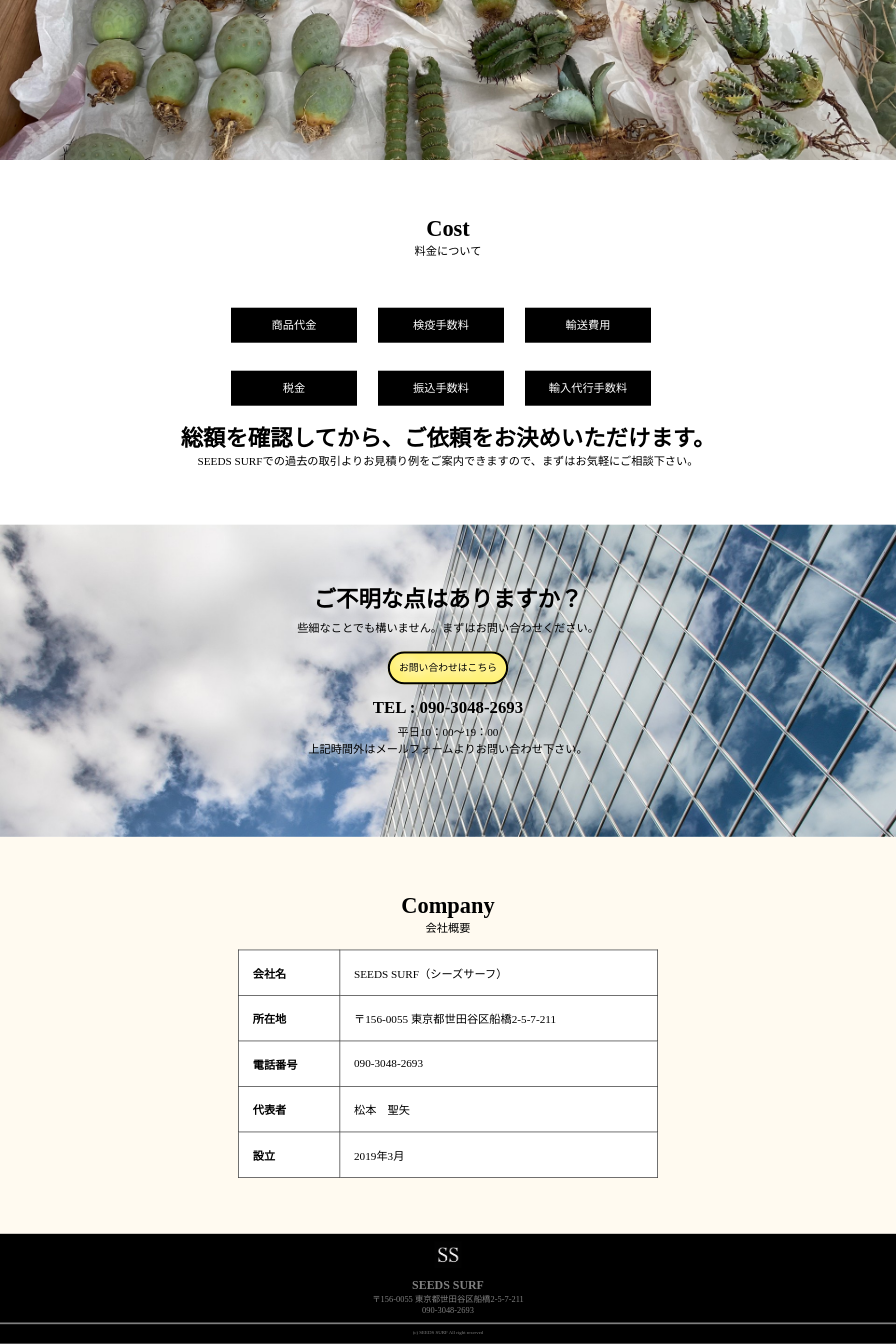
Repository: Seiya00002/seeds-surf-lp
Page: index.html
The author's editor kept a copy of each file at every save. The page is drawn from the files as they stood at one save, then again after the next save.
The browser window is 1280 px wide. The pictures show the part of the page from y = 2221 to 4141 px (the page is 4141 px tall), at 70% of full size.

Above is the page before, as saved 2023-07-16 08:31:38.

### index.html
<!DOCTYPE html>
<html lang="ja">
<head>
    <meta charset="UTF-8">
    <meta http-equiv="X-UA-Compatible" content="IE=edge">
    <meta name="viewport" content="width=device-width, initial-scale=1.0">
    <title>輸入代行SEEDS SURF</title>
    <link rel="stylesheet" href="css/style.css">
</head>
<body>
    <header>
        <div class="header_left">
            <img src="img/sslogo.jpg"
                alt="logo"
                width="40"
                height="40"
                class="logo">
            <h1>希少植物・輸入代行</h1>

        </div>
        <div class="header_right">
            <img src="img/tel_logo.png"
                alt="tel_logo"
                width="35"
                height="35"
                class="tel_logo">
            <div class="header_contact">
                <h2>090-3048-2693</h2>
                <p>（平日9:00 ~ 18:00）</p>
            </div>
        </div>
    </header>

    <main>
        <div class="top_wrapper">
            <div class="container">
                <div class="hero_message">
                    <div class="calculation-app">
                        <h2>お見積り計算シュミレーション</h2>

                            <p>仕入れ先の地域を選択して下さい。</p>
                            <form name="form1">
                                <select name="place">
                                    <option value="1.2">北米</option>
                                    <option value="1.2">ヨーロッパ</option>
                                    <option value="1">アジア</option>
                                </select>
                            </form>

                            <p>箱のサイズの予想を選択して下さい。</p>
                            <form name="form2">
                                <select name="box">
                                    <option value="18350">15kg</option>
                                    <option value="13350">10kg</option>
                                    <option value="8150">5kg</option>
                                </select>
                            </form>
                            <p>およその商品代金を入力して下さい。</p>
                            <label>￥</label><input
                            type="text"
                            id="price"
                            value=""
                            placeholder="200,000"
                            maxlength="7"
                            size="10"
                            ></label>

                            <br>
                            <br>
                            <div class="btn-box">
                                <button id="button">計算Go!!</button>
                            </div>
                    </div>
                </div>
            </div>
        </div>


        <!-- 見積り表 -->
    <div id="estimate_table" class="estimate_wrapper">
        <div class="container">
            <h2>予想お見積り表</h2>
            <table align="center" class="estimate">
                <tr>
                    <th>商品代金</th>
                    <td>¥<span id="span2"></span></td>
                </tr>
                <tr>
                    <th>検疫手数料</th>
                    <td>¥<span id="span3"></span></td>
                </tr>
                <tr>
                    <th>送料</th>
                    <td>¥<span id="span4"></span></td>
                </tr>
                <tr>
                    <th>弊社代行手数料</th>
                    <td>¥<span id="span5"></span></td>
                </tr>
                <tr>
                    <th>海外送金手数料</th>
                    <td>¥<span id="span6"></span></td>
                </tr>
                <tr>
                    <th>税金</th>
                    <td>¥<span id="span7"></span></td>
                </tr>
                <tr>
                  <th>合計</th>
                  <th>¥<span id="span1"></span></th>
              </tr>
            </table>
            <h3>詳しくは下記の「Cost」欄をご覧下さい。</h3>
        </div>
    </div>






        <div class="top_message">
            <div class="container">
                <div class="message">
                    <h1>SEEDS SURFの輸入代行の強み</h1>
                    <p>観葉植物など検疫やワシントン条約に関わる特殊な商品の輸入代行が得意です。<br>業者様から個人事業者様、個人様の輸入、どなたもご相談下さい。<br>現地企業との交渉から購買代行全てご対応いたします。</p>

                </div>
            </div>
        </div>
        <div class="project_wrapper">
            <div class="container">
                <div class="projects">
                    <div class="project">
                        <div class="project_icon">
                            <img src="img/project_imag1.jpg">
                            <h2>「迅速・柔軟サービス」</h2>
                        </div>
                        <p class="text_contents">フットワークの軽いスタッフが、柔軟にお客様のご要望にご対応いたします。大規模な商社では実現出来ないサービスをご提供いたします。</p>

                    </div>
                    <div class="project">
                        <div class="project_icon">
                            <img src="img/pro_airport.jpg">
                            <h2>「全世界対応」</h2>
                        </div>
                        <p class="text_contents">アジアから、欧州、北米を始めとし、その他オセアニア、南米、アフリカ地域と全地域ご対応出来ます。</p>

                    </div>
                    <div class="project">
                        <div class="project_icon">
                            <img src="img/project_img3.jpg">
                            <h2>「現地企業のご紹介サービス」</h2>
                        </div>
                        <p class="text_contents">私たちは信頼出来る良質な業者様とお付き合いがございます。そちらのご紹介も行っております。</p>
                    </div>
                        <div class="clear"></div>

                </div>
            </div>
        </div>
        <div class="service_wrapper">
            <div class="container">
                <div class="service_heading">
                    <h1>Frow</h1>
                    <p>輸入取引の流れ</p>
                </div>
                <div class="step">
                    <img src="img/person_img.png"
                    class="step_icon">
                    <div class="step_cont">
                        <h2>Step 1</h2>
                        <p>現地企業交渉</p>
                    </div>
                </div>
                <img src="img/down_img.png" class="step_icon2">

                <div class="step">
                    <img src="img/cal_img.png"
                    class="step_icon">
                    <div class="step_cont">
                        <h2>Step 2</h2>
                        <p>お見積り</p>
                    </div>
                </div>
                <img src="img/down_img.png" class="step_icon2">

                <div class="step">
                    <img src="img/bank_img.png"
                    class="step_icon">
                    <div class="step_cont">
                        <h2>Step 3</h2>
                        <p>お支払い</p>
                    </div>
                </div>
                <img src="img/down_img.png" class="step_icon2">
                <div class="step">
                    <img src="img/airp_imag.png"
                    class="step_icon">
                    <div class="step_cont">
                        <h2>Step 4</h2>
                        <p>発送</p>
                    </div>
                </div>
                <img src="img/down_img.png" class="step_icon2">
                <div class="step">
                    <img src="img/drivery_img.png"
                    class="step_icon">
                    <div class="step_cont">
                        <h2>Step 5</h2>
                        <p>お受取り</p>
                    </div>
                </div>
            </div>
        </div>

        <div class="slide_wrapper">
            <div id="slide" class="slideshow">
                <p class="disc">SEEDS SURF</p>
                <a class="arrow next" id="right" href="#"></a>
                <a class="arrow back" id="left" href="#"></a>
            </div>




        </div>
        <div class="cost_wrapper">
            <div class="container">
                <div class="cost_heading">
                    <h1>Cost</h1>
                    <p>料金について</p>
                </div>
                <div class="cost_cont">
                    <div class="list01">
                        <p>商品代金</p>
                    </div>
                    <div class="list01">
                        <p>検疫手数料</p>
                    </div>
                    <div class="list01">
                        <p>輸送費用</p>
                    </div>
                    <div class="list02">
                        <p>税金</p>
                    </div>
                    <div class="list02">
                        <p>振込手数料</p>
                    </div>
                    <div class="list02">
                        <p>輸入代行手数料</p>
                    </div>
                    <!-- <div class="clear"></div> -->
                </div>
                <div class="cost_message">
                    <h1>総額を確認してから、ご依頼をお決めいただけます。</h1>
                    <p>SEEDS SURFでの過去の取引よりお見積り例をご案内できますので、まずはお気軽にご相談下さい。</p>
                </div>
            </div>
        </div>
        <div class="contact_wrapper">
            <div class="container">
                <h1>ご不明な点はありますか？</h1>
                <p>些細なことでも構いません。まずはお問い合わせください。</p>
                <a href="https://seeds-surf.com/%e3%81%8a%e5%95%8f%e3%81%84%e5%90%88%e3%82%8f%e3%81%9b/" class="btn contact">お問い合わせはこちら</a>
                <h2>TEL : 090-3048-2693</h2>
                <p>平日10：00〜19：00<br>上記時間外はメールフォームよりお問い合わせ下さい。</p>
            </div>
        </div>
        <div class="company_wrapper">
            <div class="container">
                <h1>Company</h1>
                <p>会社概要</p>
                <table align="center" class="company">
                    <tr>
                        <th>会社名</th>
                        <td>SEEDS SURF（シーズサーフ）</td>
                    </tr>
                    <tr>
                        <th>所在地</th>
                        <td>〒156-0055 東京都世田谷区船橋2-5-7-211</td>
                    </tr>
                    <tr>
                        <th>電話番号</th>
                        <td>090-3048-2693</td>
                    </tr>
                    <tr>
                        <th>代表者</th>
                        <td>松本　聖矢</td>
                    </tr>
                    <tr>
                        <th>設立</th>
                        <td>2019年3月</td>
                    </tr>
                </table>
            </div>
        </div>


    </main>

    <footer>
        <div class="container">
                <img src="img/sslogo.jpg"
                    alt="logo"
                    width="40"
                    height="40"
                    class="logo">
                <h1>SEEDS SURF</h1>
                <p>〒156-0055 東京都世田谷区船橋2-5-7-211<br>090-3048-2693</p>
                <hr color="gray">
                <small>(c) SEEDS SURF All right reserved</small>
        </div>
    </footer>

    <script src="./app.js"></script>
</body>
</html>

### css/style.css
/* all */
*{
    box-sizing: border-box;
    margin: 0;
    padding: 0;
}

h1 {
    font-family: 'Times New Roman', Times, serif;

}

h2 ,h3 ,p {
    font-family: 'Hiragino Sans';

}
/* header */

header {
    height: 70px;
    display: flex;
    align-items: center;

}

.header_left {
    display: flex;
}

.header_right {
    display: flex;
    margin: 0 0 0 auto;
}

.logo {
    margin: 10px 10px;
}

.tel_logo {
    margin: 20px 10px;
}

header h1 {
    font-size: 19px;
    padding: 18px 10px;
}

header h2 {
    font-size: 21px;
    padding: 15px 10px 0 0;
}

header p {
    padding-bottom: 10px;
}
.container {
    text-align: center;
    width: 100%;
}

/* main */

/* top */
.top_wrapper {
    background-image: url(../img/top_img.jpeg);
    color: white;
    background-size: cover;
    width: 100%;
    height: auto;
}

.hero_message {
    font-size: 15px;
    color: black;
    height: 500px;
    min-width:100%;
    font-weight: bold;
    display: flex;
    justify-content: center;
    align-items: center;
    line-height: 2.5em;
    background: rgb(255, 255, 255,0.4);
}

.top_message {
    background-color: black;
    color: white;
    padding: 30px 0;
}

.top_message p {
    padding-top: 20px;
    font-size: 17px;
    line-height: 1.6rem;
}

/* project_wrapper */
.project_wrapper {
    margin-bottom: 80px;
}

.project {
    float: left;
    width: 33%;
    padding: 20px 10px 20px 10px;
    height: 300px;

}

.project_icon {
    position: relative;

}

.project_icon h2 {
    position: absolute;
    top: 80px;
    width: 100%;
    color: white;
    font-weight: normal;

}


@media (max-width: 1000px) {
    .project {
        width: 50%;
    }
}

@media (max-width: 670px) {
    .project {
        width: 100%;
    }
}

.clear {
    clear: left;
}

/* service_wrapper */
.service_wrapper {
    background-color: #fffaf0;
    padding: 80px 0;
}

.service_heading {
padding-bottom: 50px;
}

.step {
    display: flex;
    justify-content: center;
    align-items: center;
    padding: 20px 0;

}

.step_cont {
    padding-left: 50px;
}

.step_icon {
    width: 70px;
    height: 70px;

}

.step_icon2 {
    width: 15px;
    height: 15px;

}

.step h2 {
    font-size: 14px;
}

.step p {
    font-size: 20px;
    padding-top: 13px;
}

/* cost_wrapper */
.cost_wrapper {
    padding: 80px 0;
}

.cost_cont {
    padding-top: 50px;
    width: 650px;
    margin: 0 auto;
    flex-wrap: wrap;
    display: flex;

}


.list01 {
    background-color: black;
    width: 180px;
    height: 50px;
    color: white;
    margin: 20px 15px;
    justify-content: center;
    padding-top: 12px;

}

.list02 {
    background-color: black;
    width: 180px;
    height: 50px;
    color: white;
    margin: 20px 15px;
    justify-content: center;
    padding-top: 12px;


}

@media (max-width: 670px) {
    .cost_cont h2 {
        width: 50%;
    }
}

/* contact_wrapper */
.contact_wrapper {
    background-image: url(../img/sky&office_img.jpeg);
    padding: 80px 0;
    background-size: cover;
    text-shadow: 6px 6px 10px white, -6px -6px 10px white;
}

.contact_wrapper.container {
    background: rgb(255, 255, 255);

}

.contact_wrapper p {
    padding:8px 0 35px 0;
}

.btn {
    width: 180px;
    height: 35px;
    padding: 13px;
    font-size: 14px;
    color: black;
    background-color:#fff176;
    border: black solid;
    border-radius: 24px;
    user-select: none;
    cursor: pointer;
    text-decoration: none;
}

.btn:hover {
    opacity: .7;
}

.contact_wrapper h2 {
    padding-top: 35px;
}

/* company_wrapper */
.company_wrapper {
    padding: 80px 0;
    background-color: #fffaf0;

}

.company_wrapper p {
    padding-bottom: 20px;
}

table.company {
    border-collapse: collapse;
    width: 600px;
    background-color: white;
    margin: auto;
}

th, td {
    border: solid 1px #333;
    padding: 20px;
}

.company th,td {
    text-align: left;
}


/* footer */

footer {
    background-color: black;
    color: gray;
    padding-bottom: 10px;

}

footer h1 {
    font-size: 17px;
}

footer p {
    font-size: 12px;
    padding-bottom: 10px;
}
small {
    font-size: 7px;

}


/* slideshow 追加 */
.slide_wrapper{
    max-width: 100%;
    height: 400px;
    margin: auto;

}
/*画像配置*/
.slideshow{
    max-width: 100%;
    height: 100%;
    background-image: url(../img/import-img1.jpg);
    background-repeat: no-repeat;
    background-size: cover;
    background-position: 0% 50%;/*左 中央のよせ*/
}
/*文字*/
.disc{
    margin: auto;
    text-align: center;
    font-size: 3em;
    color: #ffffff;
    font-weight: 800;
    padding-top:5%;
}
/*>*/
.next{
    float: right;
    top: 0px;
    right: 50px;
}
/*<*/
.back{
    float: left;
    bottom: 0px;
    left: 30px;
}
/*矢印のデザイン*/
.arrow{
    position: relative;
    display: inline-block;
    padding: 0 0 0 16px;
    color: #000;
    vertical-align: middle;
    text-decoration: none;
    font-size: 15px;
}
.arrow::before,
.arrow::after{
    position: absolute;
    top: 0;
    bottom: 0;
    left: 0;
    margin: auto;
    content: "";
    vertical-align: middle;
}

.next::before{
    left: 0px;
    width: 30px;
    height: 30px;
    border-top: 5px solid rgb(255, 255, 255);
    border-right: 5px solid rgb(255, 255, 255);
    -webkit-transform: rotate(45deg);
    transform: rotate(45deg);
}
.back::before{
    left: 0px;
    width: 30px;
    height: 30px;
    border-bottom: 5px solid rgb(255, 255, 255);
    border-left: 5px solid rgb(255, 255, 255);
    -webkit-transform: rotate(45deg);
    transform: rotate(45deg);
}
/* CSSアニメーションの指定 */
.slideshow{
    transition: background-image 1s ease-in;
}

/* 計算シュミレーション追加 */
.btn-box button {
    width: 180px;
    height: 35px;
    padding: 6px;
    font-size: 14px;
    color: black;
    background-color:#fff176;
    border: black solid;
    border-radius: 24px;
    user-select: none;
    cursor: pointer;
  }

  .btn-box button:hover {
    opacity: .7;
  }


/* 見積り表追加 */
.estimate_wrapper {
    display: none;
    background-color: #fffaf0;
    padding: 40px 0;
}

table.estimate {
    border-collapse: collapse;
    width: 450px;
    background-color: white;
    margin: auto;
}

.estimate th{
    padding: 15px 20px;
    text-align: center;
}

.estimate td{
    text-align: center;
}

.estimate_wrapper.appear {
    display: block;
    animation: .5s fadeIn;
  }

  @keyframes fadeIn {
    0% {
      opacity: 0;
      transform: translateY(-10px);
    }
    100% {
      opacity: 1;
      transform: none;
    }
  }




@media screen and (max-width:768px) {
  .slide-pic{
    height: 250px;
  }
    .disc{
        padding-top:5%;
    }
    /*>*/
    .next{
        top: 30px;
    }
    /*<*/
    .back{
        top: 30px;
    }
}

Loaded but not shown: app.js (117 lines, source omitted)

After the next save:
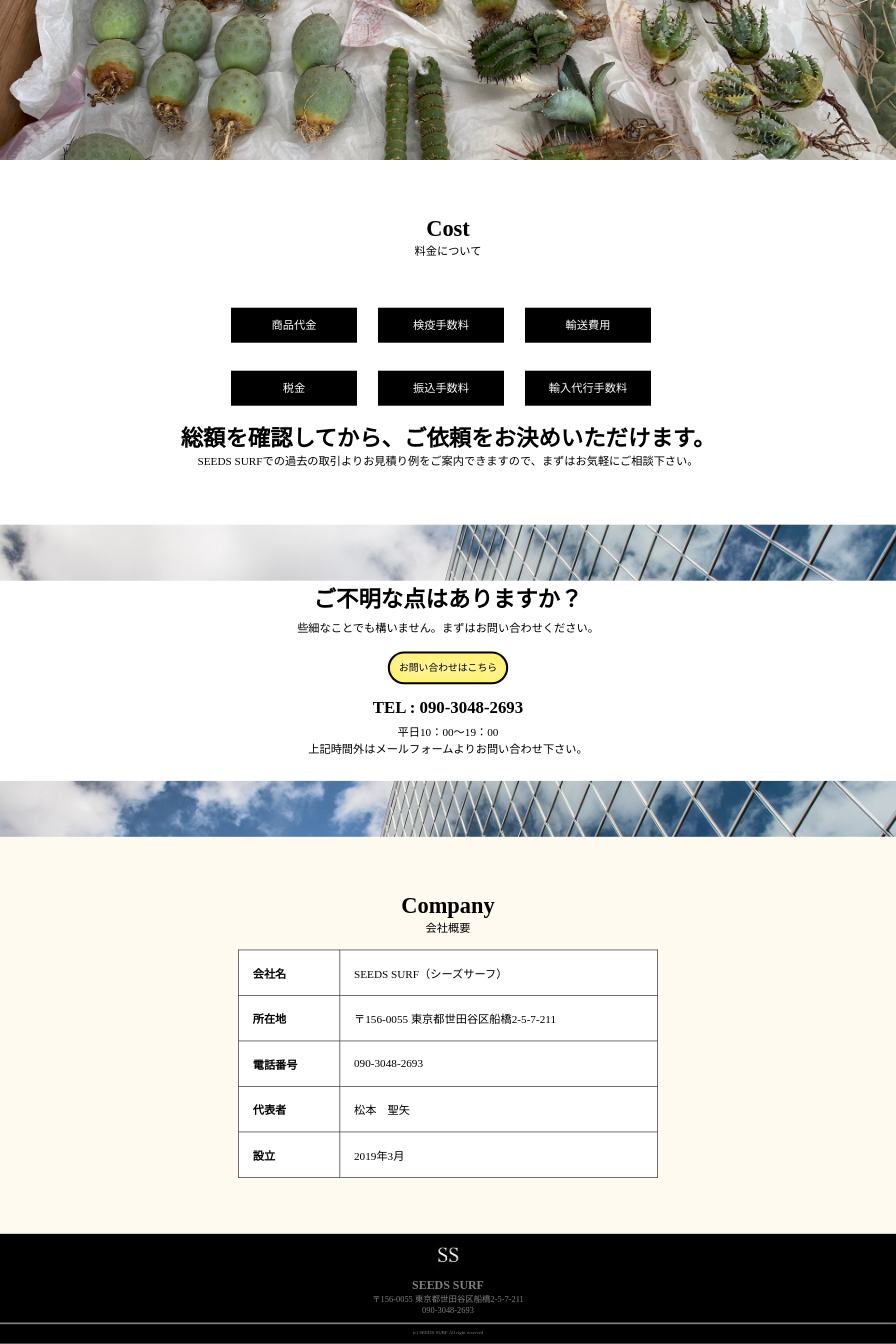
Saved 7 s later.
--- a/css/style.css
+++ b/css/style.css
@@ -233,7 +233,7 @@
     text-shadow: 6px 6px 10px white, -6px -6px 10px white;
 }
 
-.contact_wrapper.container {
+.contact_wrapper .container {
     background: rgb(255, 255, 255);
 
 }

After the save that followed:
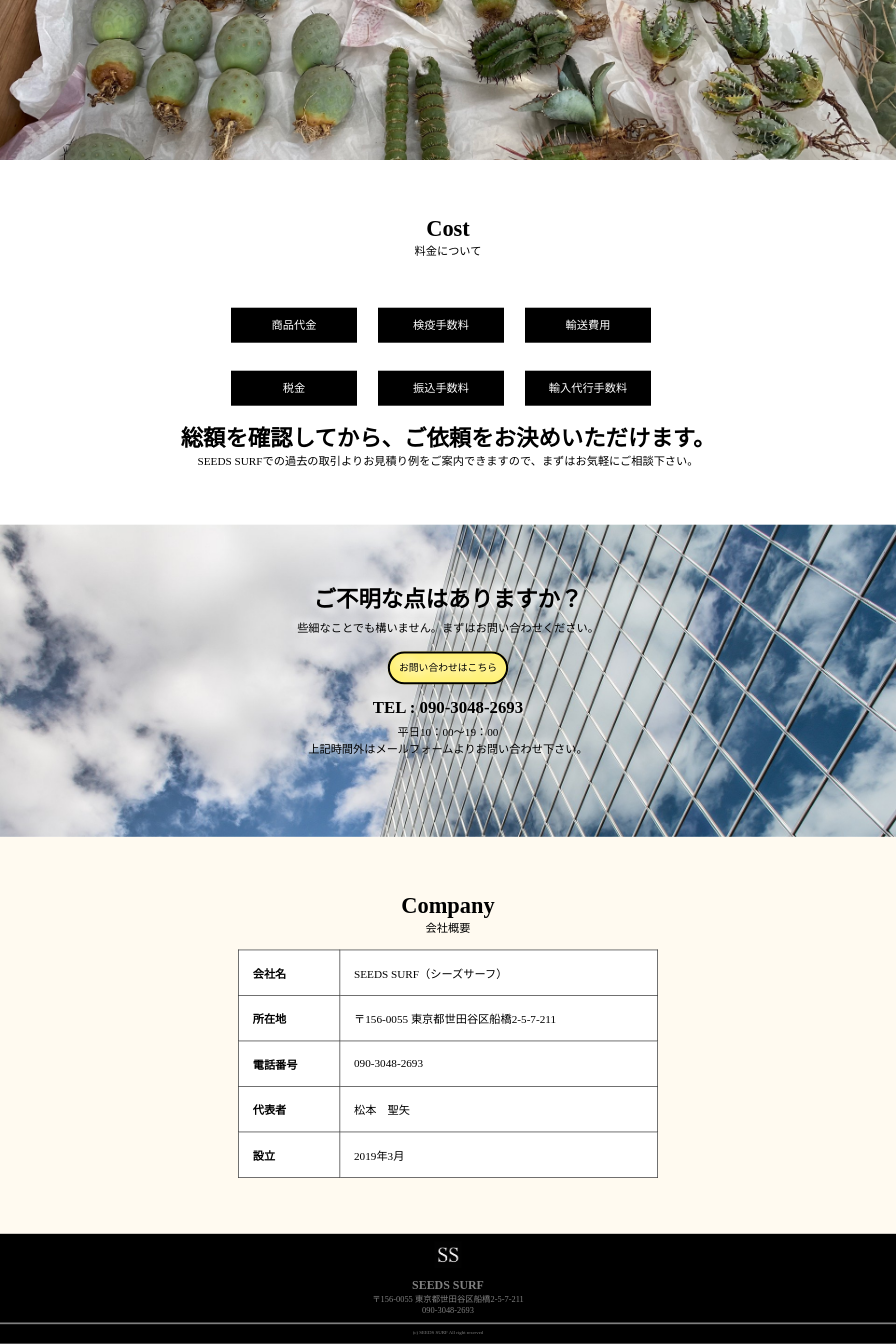
Saved 16 s later.
--- a/css/style.css
+++ b/css/style.css
@@ -233,10 +233,6 @@
     text-shadow: 6px 6px 10px white, -6px -6px 10px white;
 }
 
-.contact_wrapper .container {
-    background: rgb(255, 255, 255);
-
-}
 
 .contact_wrapper p {
     padding:8px 0 35px 0;
